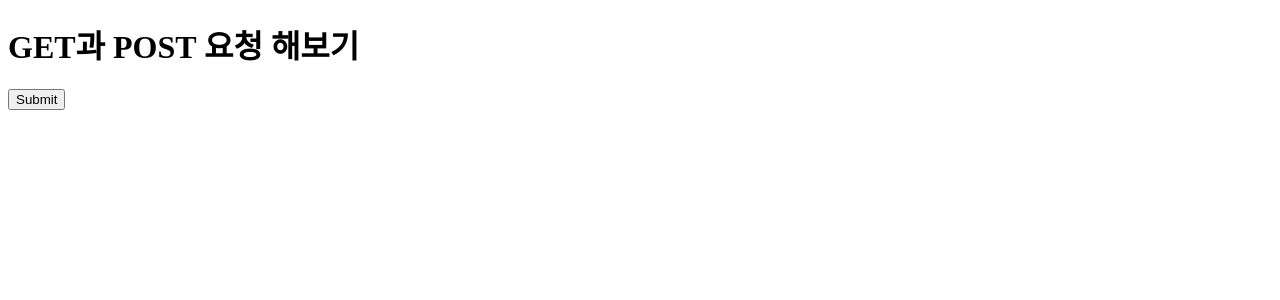
Repository: Jeongsuwon/JavaServlet
Page: WorkSpace/01.HelloJspServlet/src/main/webapp/getpost.html
An editor plug-in stored every save of this project. The page is shown before and after the next save, followed by the edit.
The browser window is 1280 px wide. The pictures show the whole page.

Above is the page before, as saved 2023-05-18 01:57:10.

### WorkSpace/01.HelloJspServlet/src/main/webapp/getpost.html
<!DOCTYPE html>
<html>
<head>
<meta charset="UTF-8">
<title>Insert title here</title>
</head>
<body>
	<h1> GET과 POST 요청 해보기</h1>
	<form>
			<input type="submit" >
	</form>
</body>
</html>

After the next save:
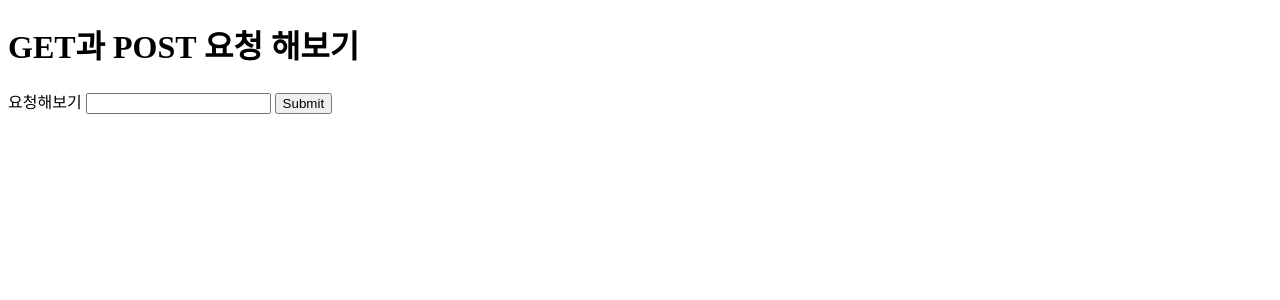
Saved 2 min 18 s later.
--- a/WorkSpace/01.HelloJspServlet/src/main/webapp/getpost.html
+++ b/WorkSpace/01.HelloJspServlet/src/main/webapp/getpost.html
@@ -7,7 +7,9 @@
 <body>
 	<h1> GET과 POST 요청 해보기</h1>
 	<form>
-			<input type="submit" >
+			<label for="name">요청해보기</label>
+			<input type="text" name="txt1" id="txt2" >
+			<input type="submit">
 	</form>
 </body>
 </html>
